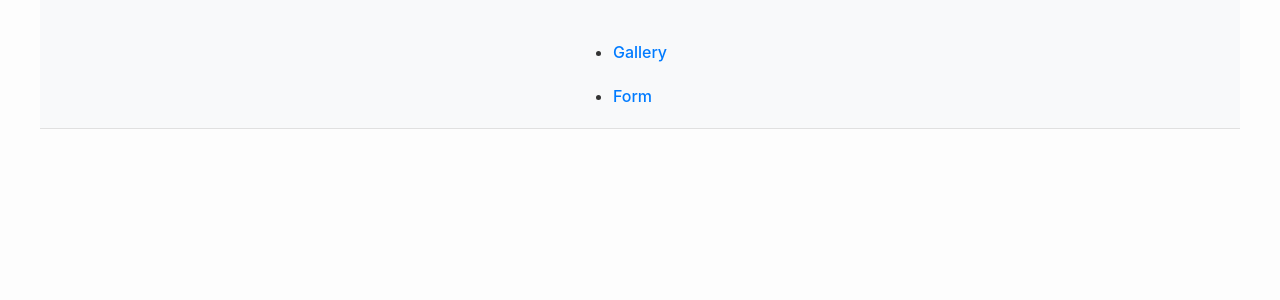
Repository: rubin666666/goit-js-hw-09
Page: src/index.html
The author's editor kept a copy of each file at every save. The page is drawn from the files as they stood at one save, then again after the next save.
The browser window is 1280 px wide. The pictures show the whole page.

Above is the page before, as saved 2025-12-17 13:09:32.

After the next save:
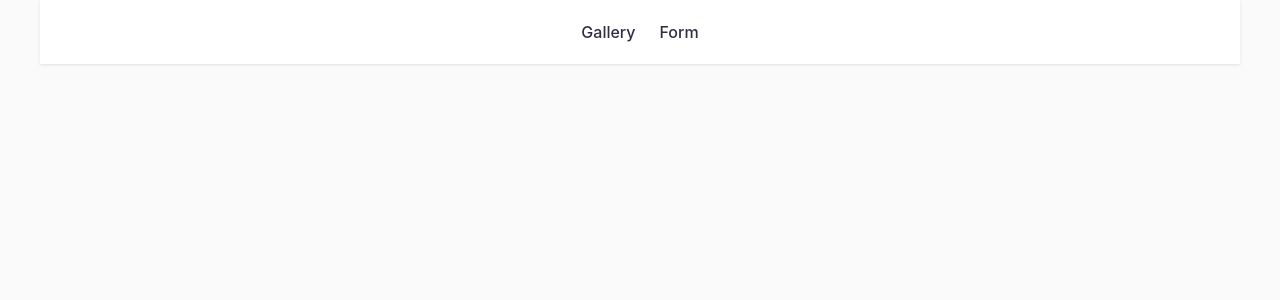
Saved 6 min 29 s later.
--- a/src/css/style.css
+++ b/src/css/style.css
@@ -2,109 +2,132 @@
 @import "base.css";
 @import "container.css";
 
-/* === Header / Navigation === */
+/* Header */
 .header {
-  background: #f8f9fa;
+  background: #fff;
   padding: 20px 0;
-  margin-bottom: 30px;
-  border-bottom: 1px solid #e0e0e0;
+  margin-bottom: 40px;
+  box-shadow: 0 1px 3px rgba(0, 0, 0, 0.1);
 }
 
-.header nav {
+.header nav ul {
   display: flex;
-  gap: 20px;
+  gap: 24px;
   justify-content: center;
+  list-style: none;
 }
 
 .header nav a {
-  text-decoration: none;
-  color: #007bff;
+  color: #2e2f42;
   font-weight: 500;
+  font-size: 16px;
   transition: color 0.3s ease;
 }
 
 .header nav a:hover {
-  color: #0056b3;
+  color: #4e75ff;
 }
 
-/* === Gallery === */
+/* Gallery */
 .gallery {
   display: grid;
-  grid-template-columns: repeat(auto-fill, minmax(280px, 1fr));
+  grid-template-columns: repeat(3, 1fr);
   gap: 24px;
   list-style: none;
   padding: 0;
-  margin: 0 auto 40px;
+  margin-bottom: 40px;
 }
 
-.gallery img {
+.gallery-item {
+  overflow: hidden;
+}
+
+.gallery-link {
   display: block;
+}
+
+.gallery-image {
   width: 100%;
-  height: auto;
-  border-radius: 8px;
-  box-shadow: 0 2px 6px rgba(0,0,0,0.15);
+  height: 200px;
+  object-fit: cover;
   transition: transform 0.3s ease;
 }
 
-.gallery img:hover {
+.gallery-image:hover {
   transform: scale(1.05);
 }
 
-/* === Form === */
+/* Form */
 .feedback-form {
   display: flex;
   flex-direction: column;
-  gap: 16px;
-  max-width: 400px;
-  margin: 0 auto 40px;
+  gap: 8px;
+  max-width: 360px;
 }
 
 .feedback-form label {
   display: flex;
   flex-direction: column;
-  font-weight: 500;
-  color: #333;
+  gap: 8px;
+  font-size: 16px;
+  line-height: 1.5;
+  letter-spacing: 0.04em;
+  color: #2e2f42;
 }
 
 .feedback-form input,
 .feedback-form textarea {
-  padding: 10px 12px;
-  border: 1px solid #ccc;
-  border-radius: 6px;
+  width: 100%;
+  padding: 8px 16px;
+  border: 1px solid #808080;
+  border-radius: 4px;
   font-size: 16px;
+  line-height: 1.5;
+  letter-spacing: 0.04em;
   transition: border-color 0.3s ease;
+}
+
+.feedback-form input:hover,
+.feedback-form textarea:hover {
+  border-color: #000;
 }
 
 .feedback-form input:focus,
 .feedback-form textarea:focus {
-  border-color: #007bff;
+  border-color: #4e75ff;
   outline: none;
 }
 
+.feedback-form textarea {
+  min-height: 80px;
+  resize: vertical;
+}
+
 .feedback-form button {
-  padding: 12px;
-  background-color: #007bff;
+  width: 95px;
+  padding: 8px 16px;
+  background-color: #4e75ff;
   color: #fff;
   border: none;
-  border-radius: 6px;
+  border-radius: 8px;
   font-size: 16px;
+  font-weight: 500;
+  line-height: 1.5;
+  letter-spacing: 0.04em;
   cursor: pointer;
   transition: background-color 0.3s ease;
 }
 
 .feedback-form button:hover {
-  background-color: #0056b3;
+  background-color: #6c8cff;
 }
 
-/* === Links === */
+/* Links */
 a {
-  display: inline-block;
-  margin-top: 20px;
-  color: #007bff;
-  text-decoration: none;
+  color: #4e75ff;
   transition: color 0.3s ease;
 }
 
 a:hover {
-  color: #0056b3;
+  color: #6c8cff;
 }
--- a/src/css/reset.css
+++ b/src/css/reset.css
@@ -1,6 +1,21 @@
-/* === Reset === */
+/* Reset styles */
 * {
   margin: 0;
   padding: 0;
   box-sizing: border-box;
 }
+
+ul {
+  list-style: none;
+}
+
+a {
+  text-decoration: none;
+  color: inherit;
+}
+
+img {
+  display: block;
+  max-width: 100%;
+  height: auto;
+}
--- a/src/css/base.css
+++ b/src/css/base.css
@@ -1,15 +1,15 @@
-/* === Base === */
+/* Base styles */
 body {
-  font-family: "Inter", "Roboto", sans-serif;
-  font-size: 16px;
+  font-family: -apple-system, BlinkMacSystemFont, 'Segoe UI', Roboto, Oxygen,
+    Ubuntu, Cantarell, 'Open Sans', 'Helvetica Neue', sans-serif;
   line-height: 1.5;
-  color: #333;
-  background-color: #fdfdfd;
+  color: #212121;
+  background-color: #fafafa;
 }
 
 h1 {
-  font-size: 28px;
-  font-weight: 600;
-  margin-bottom: 24px;
-  text-align: center;
+  font-size: 24px;
+  font-weight: 500;
+  margin-bottom: 32px;
+  color: #2e2f42;
 }
--- a/src/css/container.css
+++ b/src/css/container.css
@@ -1,6 +1,6 @@
-/* === Container === */
+/* Container */
 .container {
   max-width: 1200px;
   margin: 0 auto;
-  padding: 0 15px;
+  padding: 40px 20px;
 }
